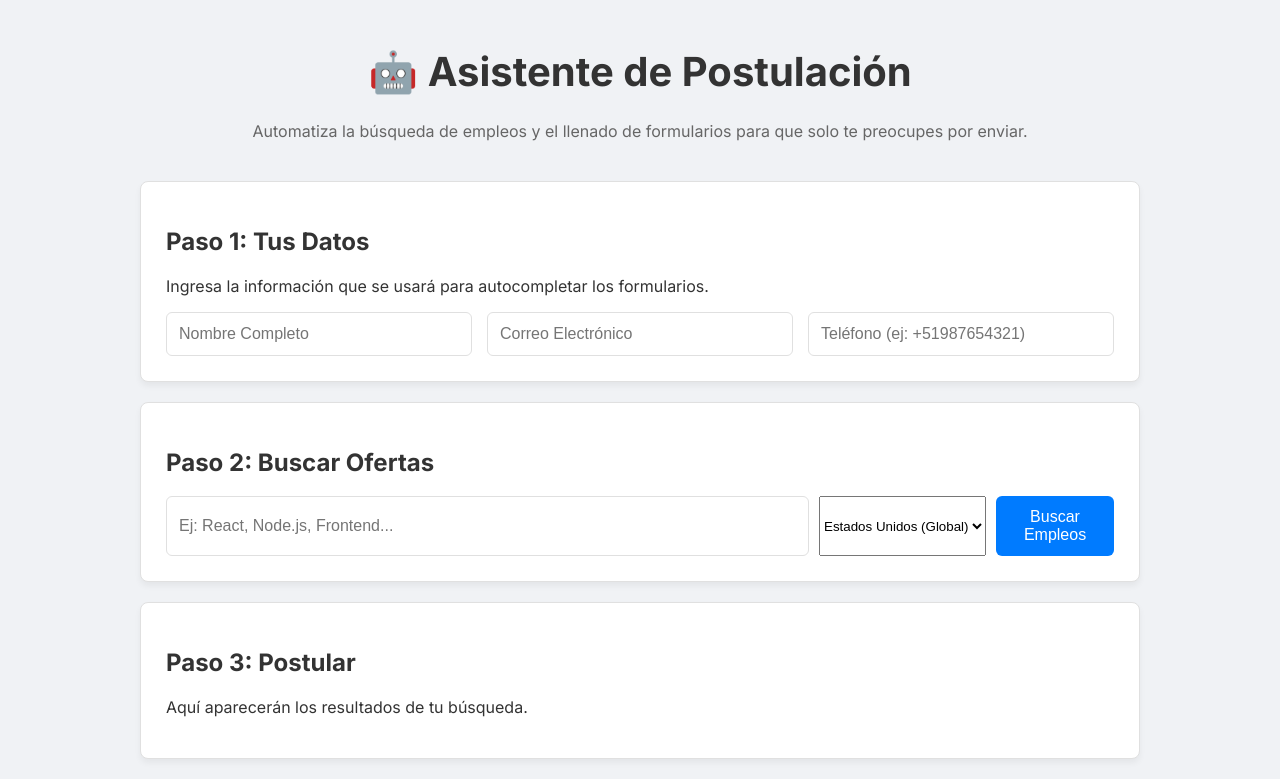
Repository: roberto3101/JobHunter
Page: index.html
An editor plug-in stored every save of this project. The page is shown before and after the next save, followed by the edit.
The browser window is 1280 px wide. The pictures show the whole page.

Above is the page before, as saved 2025-09-14 14:31:35.

### index.html
<!DOCTYPE html>
<html>
<head>
    <meta charset="UTF-8">
    <title>Asistente de Postulación de Empleo</title>
    <meta http-equiv="Content-Security-Policy" content="script-src 'self' 'unsafe-inline';"/>
    <link rel="stylesheet" href="style.css">
</head>
<body>
    <div class="container">
        <h1>🤖 Asistente de Postulación</h1>
        <p>Automatiza la búsqueda de empleos y el llenado de formularios para que solo te preocupes por enviar.</p>

        <div class="card" id="configuracion">
            <h2>Paso 1: Tus Datos</h2>
            <p>Ingresa la información que se usará para autocompletar los formularios.</p>
            <div class="form-grid">
                <input type="text" id="nombre" placeholder="Nombre Completo">
                <input type="email" id="email" placeholder="Correo Electrónico">
                <input type="tel" id="telefono" placeholder="Teléfono (ej: +51987654321)">
            </div>
        </div>

        <div class="card" id="busqueda">
            <h2>Paso 2: Buscar Ofertas</h2>
            <div class="search-container">
                <input type="text" id="palabras-clave" placeholder="Ej: React, Node.js, Frontend..." style="flex-grow: 3;">
                <select id="pais-select">
                    <option value="us" selected>Estados Unidos (Global)</option>
                    <option value="pe">Perú (Local)</option>
                    <option value="es">España</option>
                    <option value="ca">Canadá</option>
                    <option value="de">Alemania</option>
                    <option value="gb">Reino Unido</option>
                    <option value="mx">México</option>
                    <option value="co">Colombia</option>
                    <option value="cl">Chile</option>
                </select>
                <button id="btn-buscar">Buscar Empleos</button>
            </div>
        </div>

        <div class="card" id="resultados">
            <h2>Paso 3: Postular</h2>
            <div id="loader" class="hidden">Buscando... ⏳</div>
            <div id="lista-ofertas">
                <p>Aquí aparecerán los resultados de tu búsqueda.</p>
            </div>
        </div>
    </div>
    <script src="./renderer.js"></script>
</body>
</html>

### style.css
/* style.css */
@import url('https://fonts.googleapis.com/css2?family=Inter:wght@400;500;700&display=swap');

:root {
    --bg-color: #f0f2f5;
    --card-bg: #ffffff;
    --text-color: #333;
    --primary-color: #007bff;
    --primary-hover: #0056b3;
    --border-color: #e0e0e0;
}

body {
    font-family: 'Inter', sans-serif;
    background-color: var(--bg-color);
    color: var(--text-color);
    margin: 0;
    padding: 20px;
    -webkit-font-smoothing: antialiased;
}

.container {
    max-width: 1000px;
    margin: 0 auto;
    display: flex;
    flex-direction: column;
    gap: 20px;
}

h1, h2 {
    color: var(--text-color);
}

h1 {
    text-align: center;
    font-size: 2.5em;
    margin-bottom: 0;
}

h1 + p {
    text-align: center;
    margin-top: 5px;
    margin-bottom: 20px;
    color: #666;
}

.card {
    background-color: var(--card-bg);
    border-radius: 8px;
    padding: 25px;
    box-shadow: 0 4px 6px rgba(0, 0, 0, 0.05);
    border: 1px solid var(--border-color);
}

.form-grid {
    display: grid;
    grid-template-columns: repeat(auto-fit, minmax(250px, 1fr));
    gap: 15px;
}

input[type="text"], input[type="email"], input[type="tel"] {
    width: 100%;
    padding: 12px;
    border: 1px solid var(--border-color);
    border-radius: 6px;
    font-size: 1rem;
    box-sizing: border-box;
}

.search-container {
    display: flex;
    gap: 10px;
}

#palabras-clave {
    flex-grow: 1;
}

button {
    background-color: var(--primary-color);
    color: white;
    border: none;
    padding: 12px 20px;
    border-radius: 6px;
    font-size: 1rem;
    font-weight: 500;
    cursor: pointer;
    transition: background-color 0.2s ease;
}

button:hover {
    background-color: var(--primary-hover);
}

.oferta {
    border: 1px solid var(--border-color);
    padding: 15px;
    border-radius: 6px;
    margin-bottom: 10px;
    display: flex;
    justify-content: space-between;
    align-items: center;
}

.oferta-info h3 {
    margin: 0 0 5px 0;
}

.oferta-info p {
    margin: 0;
    color: #555;
}

.btn-postular {
    background-color: #28a745;
}

.btn-postular:hover {
    background-color: #218838;
}

.hidden {
    display: none;
}

#loader {
    text-align: center;
    padding: 20px;
    font-size: 1.2rem;
}

### renderer.js
document.addEventListener('DOMContentLoaded', () => {
    const btnBuscar = document.getElementById('btn-buscar');
    const listaOfertasDiv = document.getElementById('lista-ofertas');
    const loader = document.getElementById('loader');

    btnBuscar.addEventListener('click', async () => {
        const palabrasClave = document.getElementById('palabras-clave').value;
        const pais = document.getElementById('pais-select').value;

        if (!palabrasClave) {
            alert('Por favor, ingresa al menos una palabra clave para buscar.');
            return;
        }

        loader.classList.remove('hidden');
        listaOfertasDiv.innerHTML = '';

        try {
            const ofertas = await window.electronAPI.buscarOfertas({ palabrasClave, pais });
            mostrarOfertas(ofertas);
        } catch (error) {
            listaOfertasDiv.innerHTML = `<p style="color: red;">Ocurrió un error durante la búsqueda.</p>`;
        } finally {
            loader.classList.add('hidden');
        }
    });

    function mostrarOfertas(ofertas) {
        if (ofertas.length === 0) {
            listaOfertasDiv.innerHTML = '<p>No se encontraron ofertas con esos criterios.</p>';
            return;
        }

        ofertas.forEach(oferta => {
            const ofertaElement = document.createElement('div');
            ofertaElement.className = 'oferta';
            ofertaElement.innerHTML = `
                <div class="oferta-info">
                    <h3>${oferta.titulo}</h3>
                    <p>${oferta.empresa} - <em>${oferta.ubicacion || ''}</em></p>
                </div>
                <button class="btn-postular" data-url="${oferta.url}">Autocompletar Postulación</button>
            `;
            listaOfertasDiv.appendChild(ofertaElement);
        });

        document.querySelectorAll('.btn-postular').forEach(button => {
            button.addEventListener('click', handleAutocompletar);
        });
    }

    async function handleAutocompletar(event) {
        const url = event.target.getAttribute('data-url');
        const datosPersonales = {
            nombre: document.getElementById('nombre').value,
            email: document.getElementById('email').value,
            telefono: document.getElementById('telefono').value,
        };

        if (!datosPersonales.nombre || !datosPersonales.email) {
            alert('Por favor, completa tus datos personales (nombre y email) antes de continuar.');
            return;
        }

        const resultado = await window.electronAPI.autocompletar({ url, datosPersonales });
        if (!resultado.success) {
            alert('Hubo un problema al iniciar el asistente. Revisa la consola para más detalles.');
        }
    }
});

After the next save:
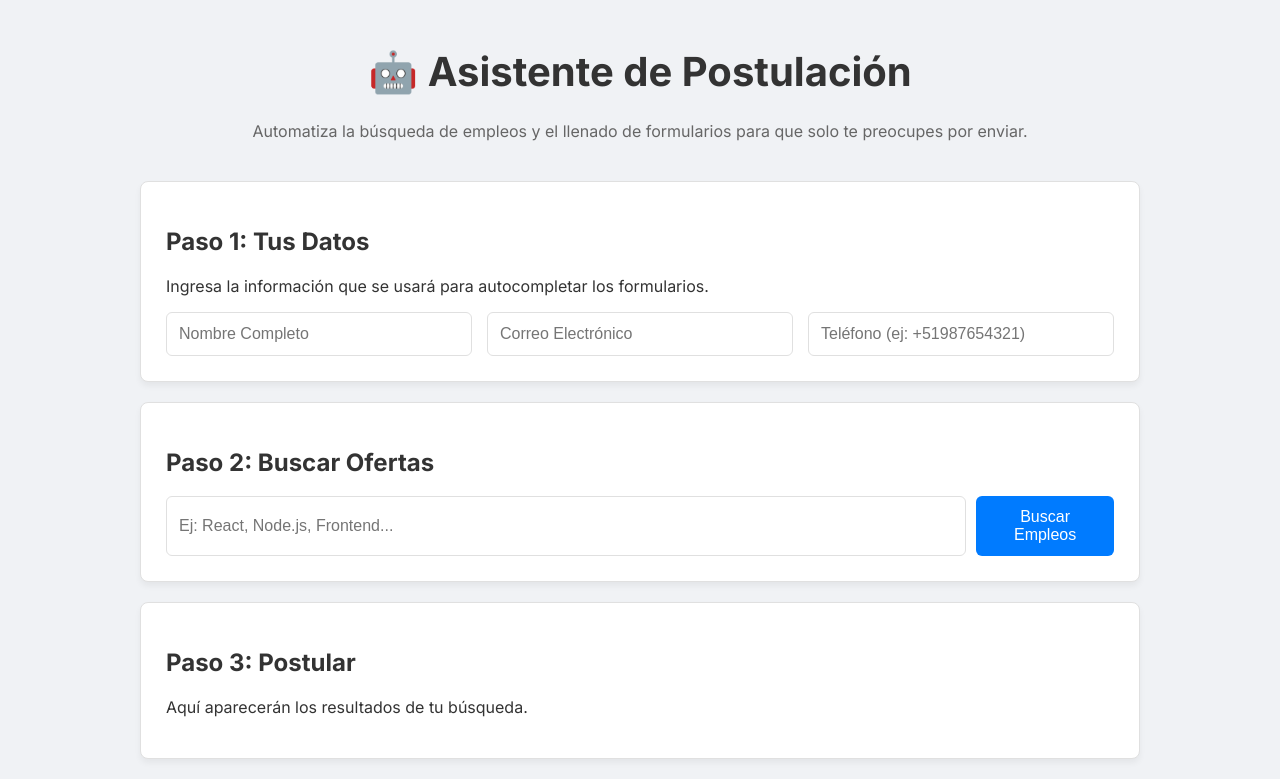
Saved 14 s later.
--- a/index.html
+++ b/index.html
@@ -24,18 +24,7 @@
         <div class="card" id="busqueda">
             <h2>Paso 2: Buscar Ofertas</h2>
             <div class="search-container">
-                <input type="text" id="palabras-clave" placeholder="Ej: React, Node.js, Frontend..." style="flex-grow: 3;">
-                <select id="pais-select">
-                    <option value="us" selected>Estados Unidos (Global)</option>
-                    <option value="pe">Perú (Local)</option>
-                    <option value="es">España</option>
-                    <option value="ca">Canadá</option>
-                    <option value="de">Alemania</option>
-                    <option value="gb">Reino Unido</option>
-                    <option value="mx">México</option>
-                    <option value="co">Colombia</option>
-                    <option value="cl">Chile</option>
-                </select>
+                <input type="text" id="palabras-clave" placeholder="Ej: React, Node.js, Frontend...">
                 <button id="btn-buscar">Buscar Empleos</button>
             </div>
         </div>
